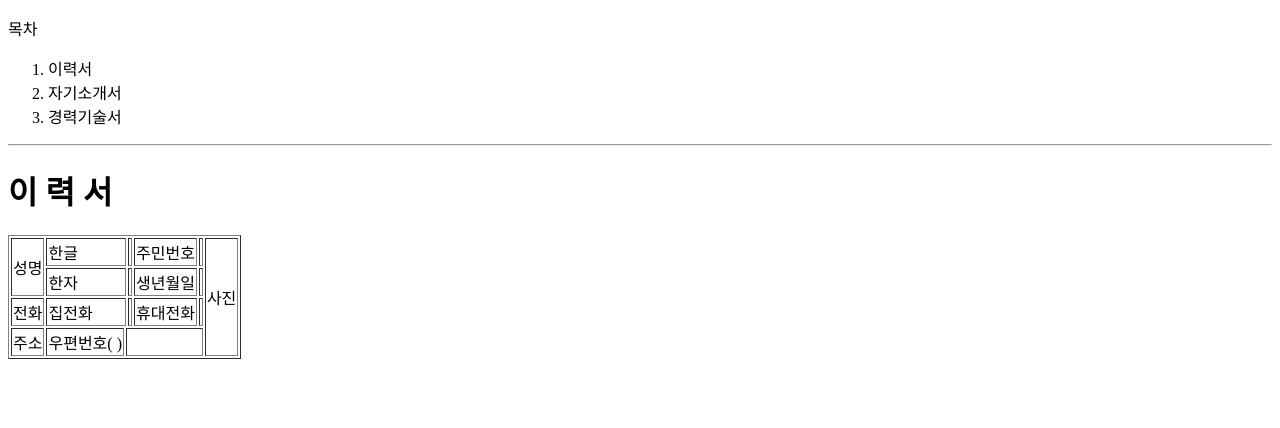
Repository: jeemaru/htme_01
Page: html_01/hw01/ex_01.html
These files come from the project's save history. The page is drawn as it stood at one moment and after the next save; the edit follows.
The browser window is 1280 px wide. The pictures show the whole page.

Above is the page before, as saved 2022-04-01 08:47:26.

After the next save:
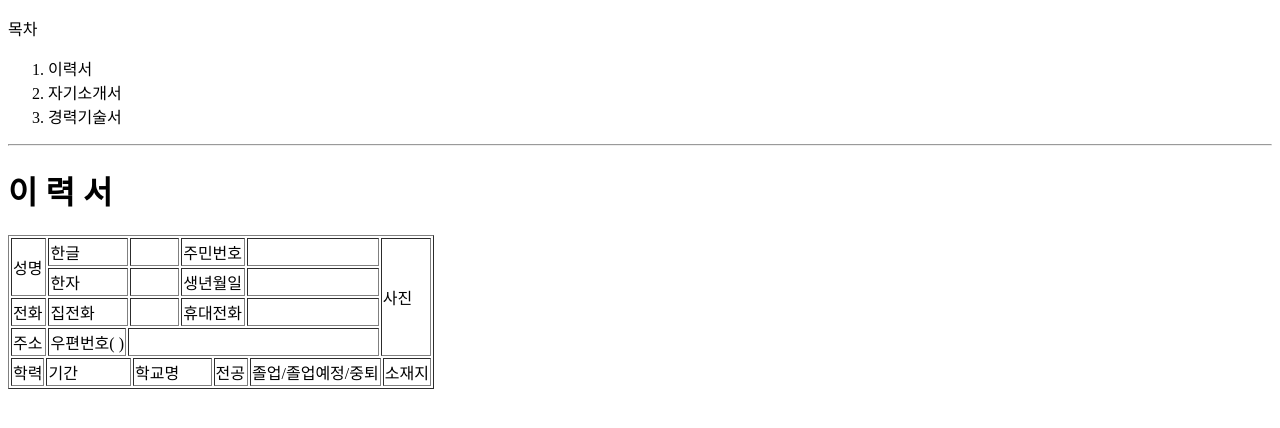
Saved 2 min 14 s later.
--- a/html_01/hw01/ex_01.html
+++ b/html_01/hw01/ex_01.html
@@ -48,6 +48,14 @@
 				<td>우편번호( )</td>
 				<td colspan="7"></td>
 			</tr>
+			<tr>
+				<td>학력</td>
+				<td colspan="4">기간</td>
+				<td colspan="2">학교명</td>
+				<td colspan="2">전공</td>
+				<td colspan="2">졸업/졸업예정/중퇴</td>
+				<td>소재지</td>
+			</tr>
 		</table>
 
 	</body>
